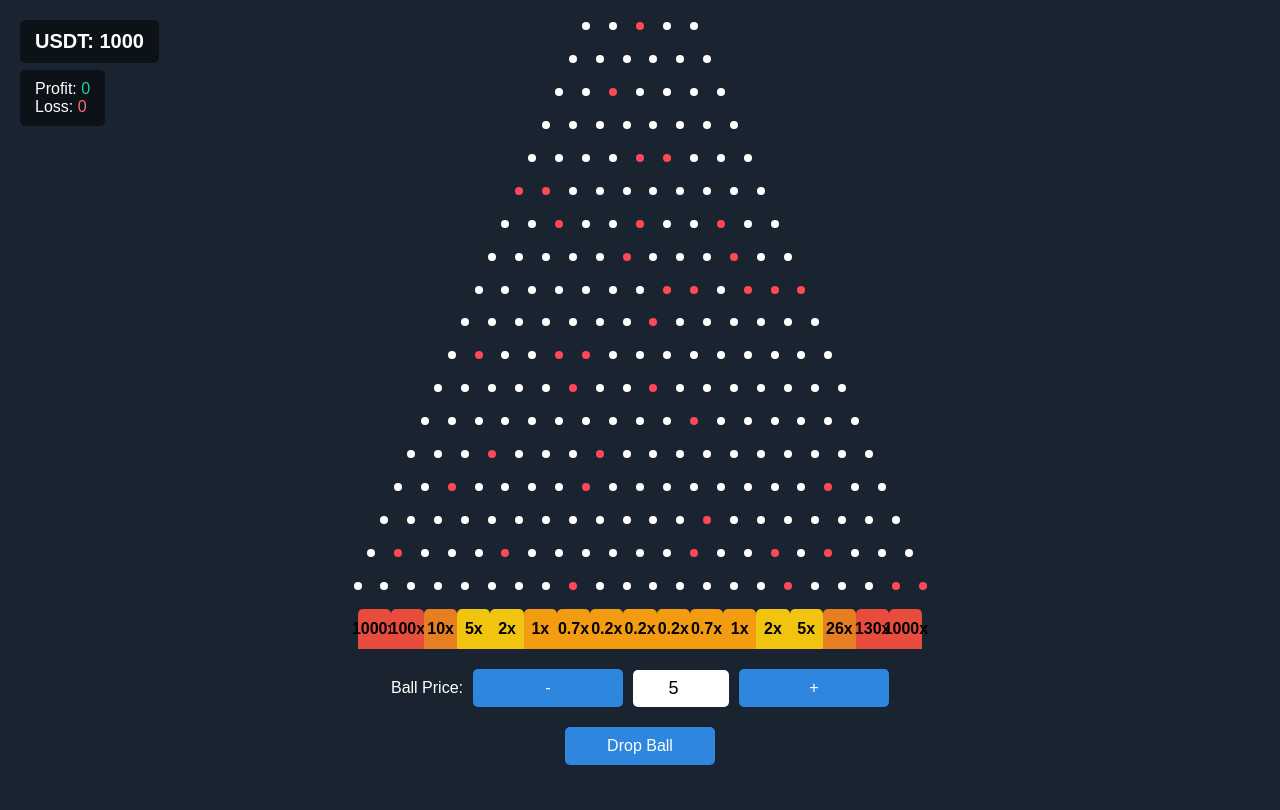
Repository: daffa-alif/PLINKO-JS
Page: plinko.html
An editor plug-in stored every save of this project. The page is shown before and after the next save, followed by the edit.
The browser window is 1280 px wide. The pictures show the whole page.

Above is the page before, as saved 2025-03-07 08:47:24.

After the next save:
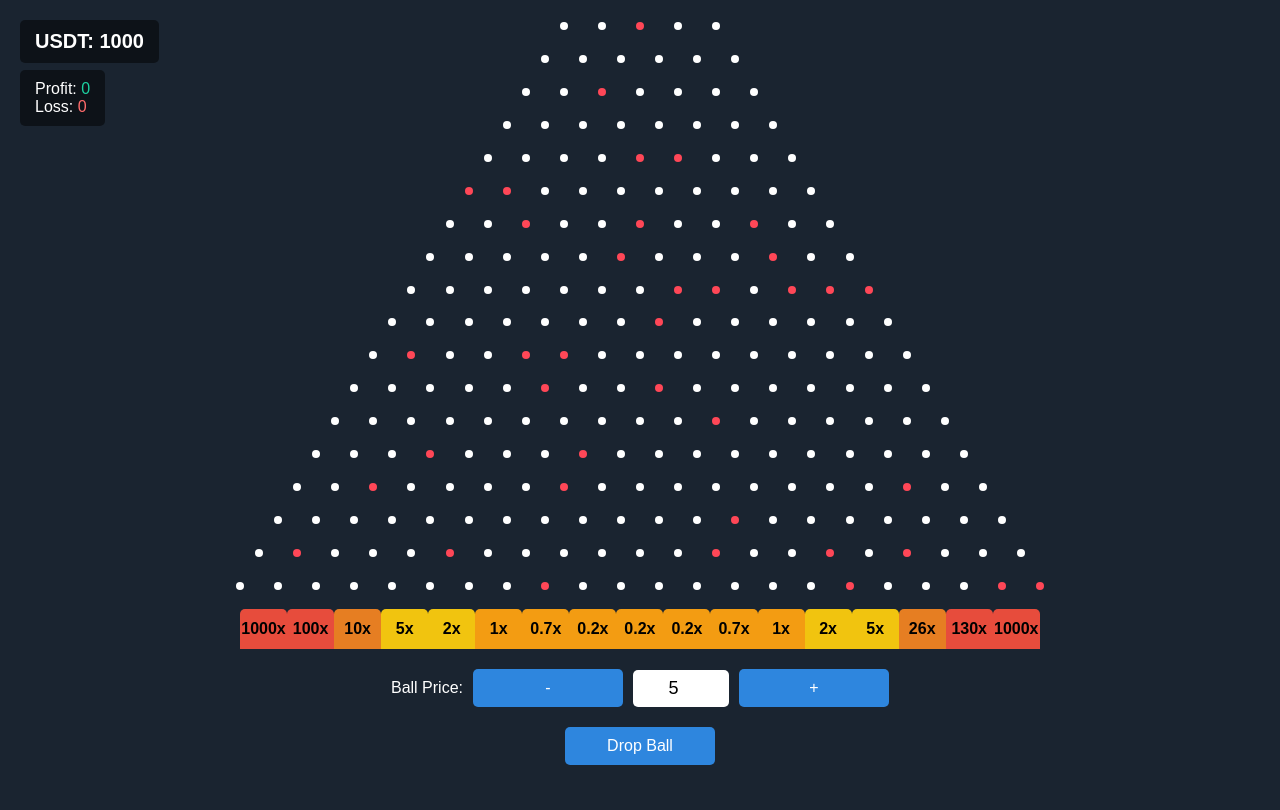
Saved 15 s later.
--- a/plinko.html
+++ b/plinko.html
@@ -214,7 +214,7 @@
             maxActiveBalls: 10,
             // Updated multipliers to match the image exactly
             multipliers: [1000, 100, 10, 5, 2, 1, 0.7, 0.2, 0.2, 0.2, 0.7, 1, 2, 5, 26, 130, 1000],
-            horizontalSpacingFactor: 1.13
+            horizontalSpacingFactor: 1.6
         };
 
         let balance = 1000;
